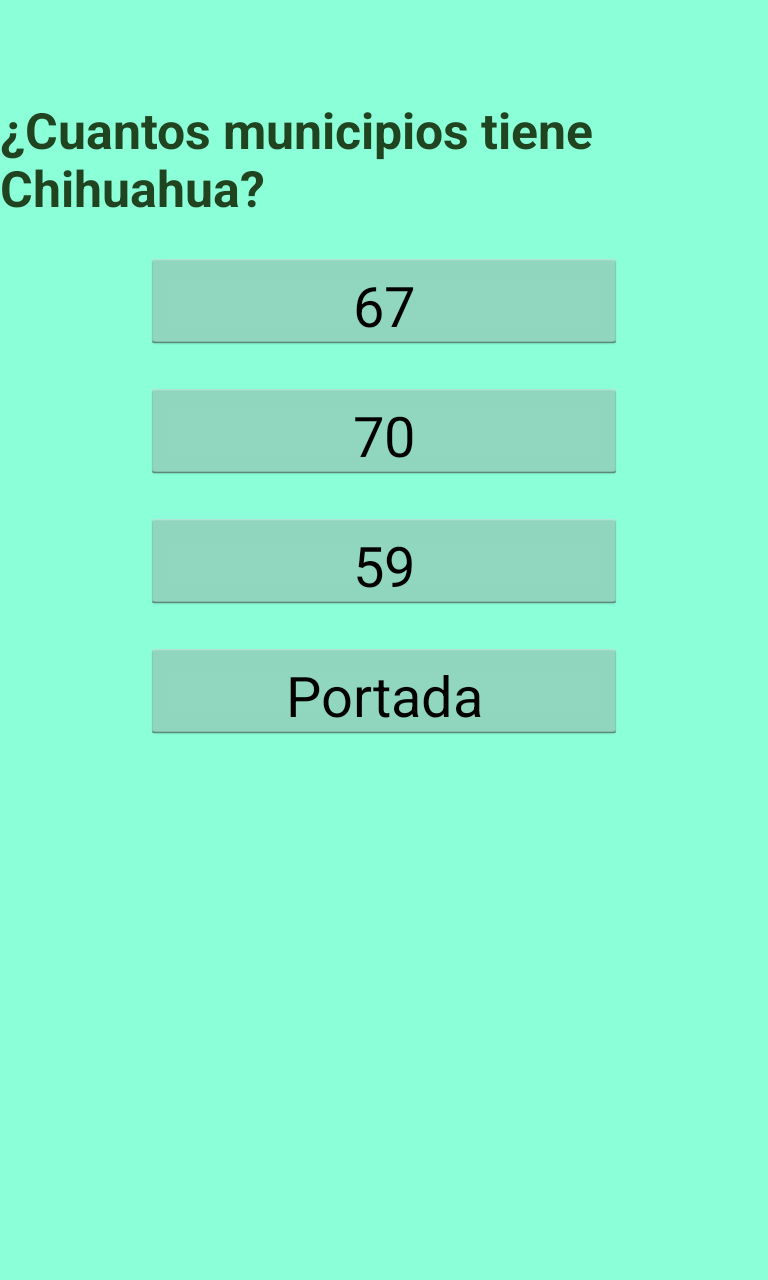
Repository: lainodHO/Proyectos-Moviles
Layout: Adventure/res/layout/activity_portada.xml
The author's editor kept a copy of each file at every save. The layout is drawn from the files as they stood at one save, then again after the next save.
It is drawn on a 768 x 1280 px phone screen (xhdpi) without system bars, with theme AppTheme; the app's code is not run.

Above is the layout before, as saved 2019-04-06 00:17:14.

### Adventure/res/layout/activity_portada.xml
<LinearLayout xmlns:android="http://schemas.android.com/apk/res/android"
    android:layout_width="fill_parent"
    android:layout_height="fill_parent"
        android:background="#8BFFD8"
    android:orientation="vertical" >
        <TextView
        android:id="@+id/textView1"
        android:layout_width="wrap_content"
        android:layout_height="wrap_content"
        android:layout_alignParentTop="true"
        android:layout_centerHorizontal="true"
        android:layout_marginTop="48dp"
        android:layout_gravity="center"
        android:text="¿Cuantos municipios tiene   Chihuahua?"
        android:textColor="#204420"
        android:textSize="25dp"
        android:textStyle="bold" />

                    <Button
        android:layout_width="240dp"
        android:layout_height="50dp"
        android:layout_marginTop="15dp"
        android:text="67"
        android:layout_gravity="center"
        android:textSize="28dp"
        android:gravity="center"
        android:onClick="pasaral2"/>

                   <Button
        android:layout_width="240dp"
        android:layout_height="50dp"
        android:layout_marginTop="15dp"
        android:text="70"
        android:layout_gravity="center"
        android:textSize="28dp"
        android:gravity="center"
        android:onClick="pasaral3"/>

                                <Button
        android:layout_width="240dp"
        android:layout_height="50dp"
        android:layout_marginTop="15dp"
        android:text="59"
        android:layout_gravity="center"
        android:textSize="28dp"
        android:gravity="center"
        android:onClick="pasaral4"/>

                   <Button
        android:layout_width="240dp"
        android:layout_height="50dp"
        android:layout_marginTop="15dp"
        android:text="Portada"
        android:layout_gravity="center"
        android:textSize="28dp"
        android:gravity="center"
        android:onClick="pasaral5"/>
</LinearLayout>

Loaded but not shown: Adventure/res/values/styles.xml (common file); Adventure/res/values-v11/styles.xml (common file); Adventure/res/values-v14/styles.xml (common file)

After the next save:
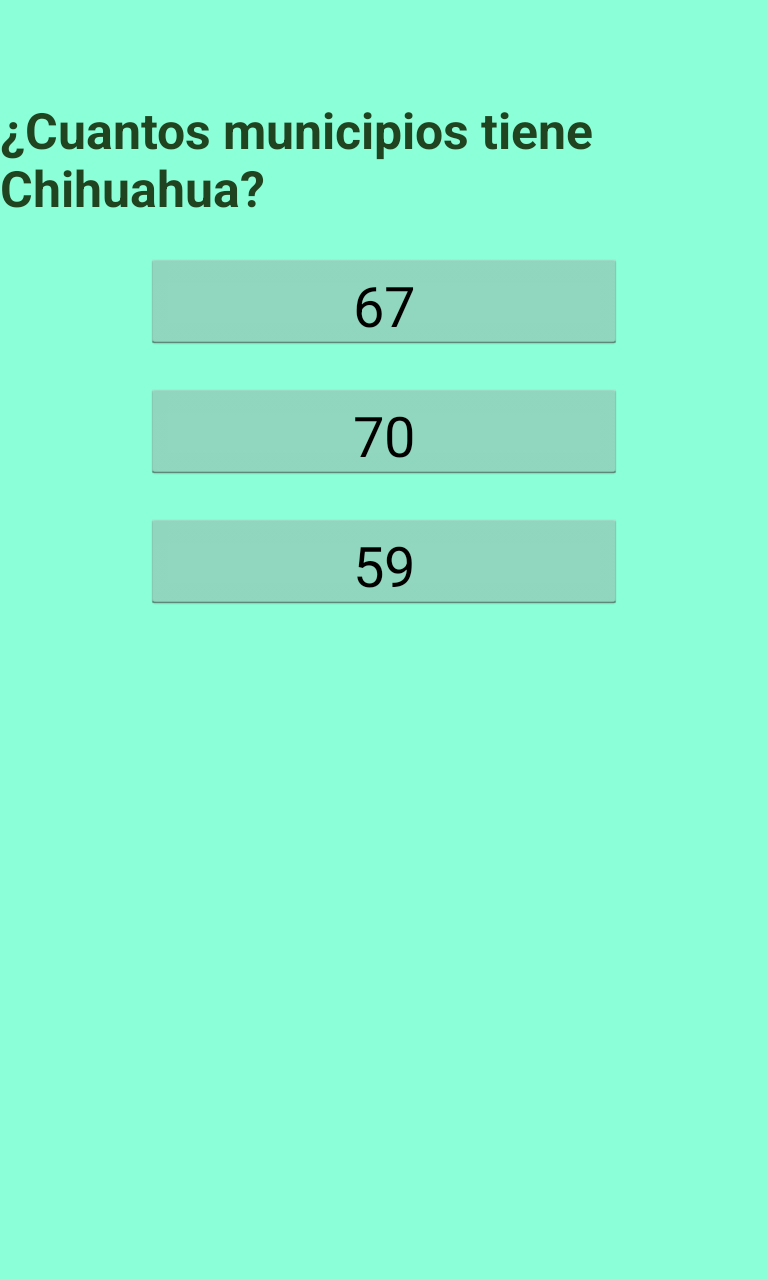
Saved 8 s later.
--- a/Adventure/res/layout/activity_portada.xml
+++ b/Adventure/res/layout/activity_portada.xml
@@ -46,13 +46,5 @@
         android:gravity="center"
         android:onClick="pasaral4"/>
 
-                   <Button
-        android:layout_width="240dp"
-        android:layout_height="50dp"
-        android:layout_marginTop="15dp"
-        android:text="Portada"
-        android:layout_gravity="center"
-        android:textSize="28dp"
-        android:gravity="center"
-        android:onClick="pasaral5"/>
+
 </LinearLayout>
